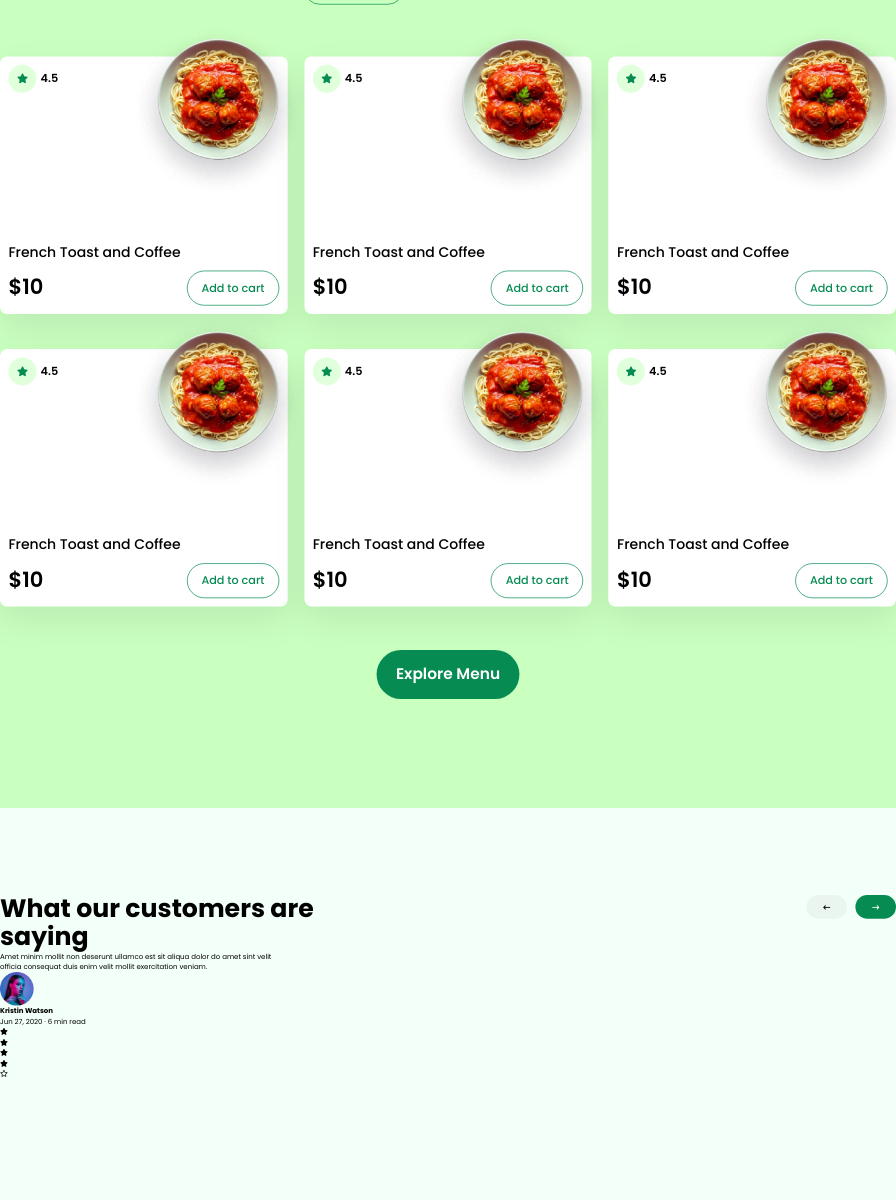
Repository: nguyennam1029/balbal
Page: index.html
The author's editor kept a copy of each file at every save. The page is drawn from the files as they stood at one save, then again after the next save.
The browser window is 1280 px wide. The pictures show the part of the page from y = 1321 to 3241 px (the page is 3035 px tall before and 3241 px after), at 70% of full size.
Some web libraries are served in a nearby version.

Above is the page before, as saved 2022-07-06 18:40:20.

After the next save:
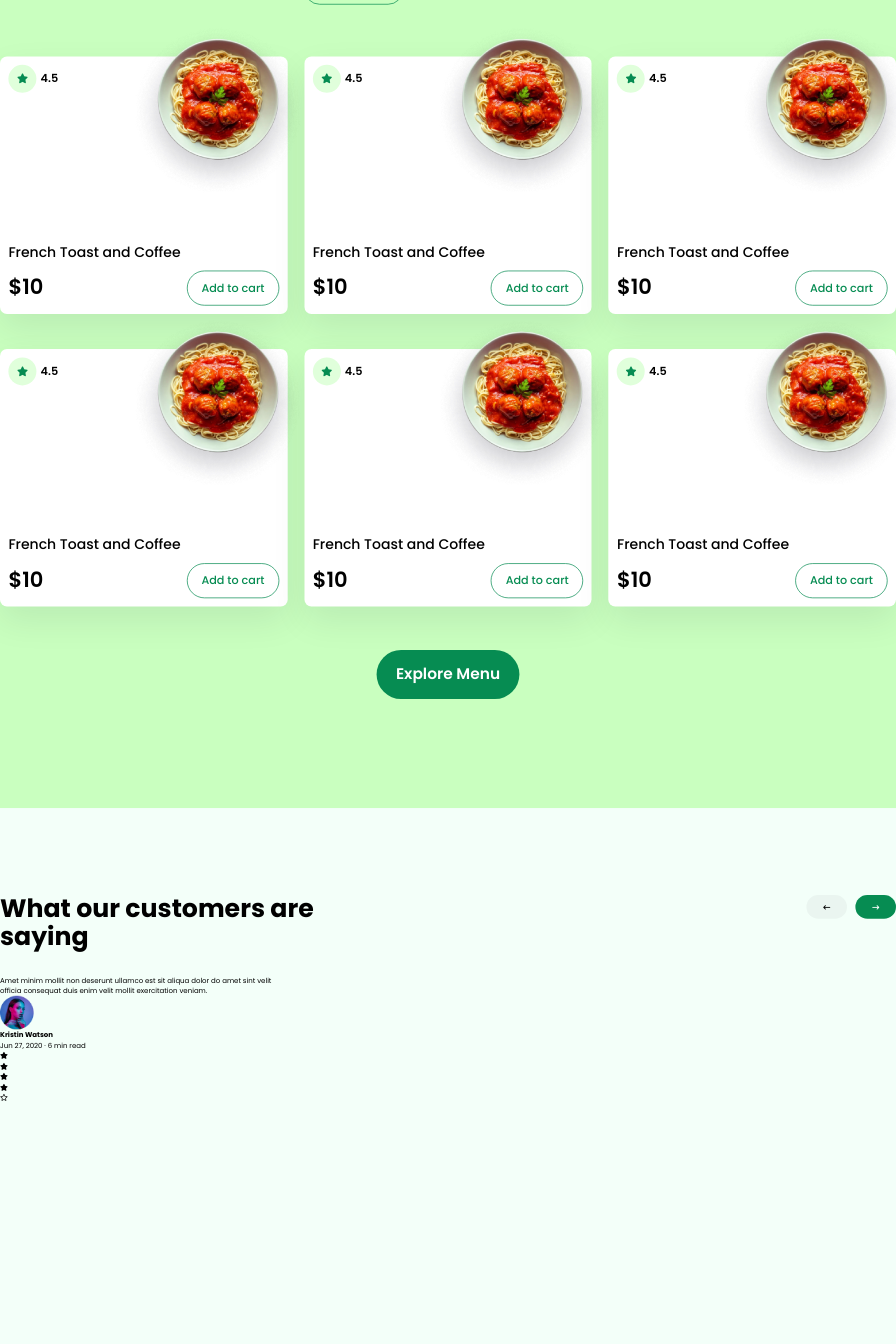
Saved 56 s later.
--- a/css/style.css
+++ b/css/style.css
@@ -422,3 +422,8 @@ ul {
     color      : #fff;
     margin-left: 12px;
 }
+
+/* comment-content */
+.comment-content {
+    margin: 34px 0 172px;
+}
